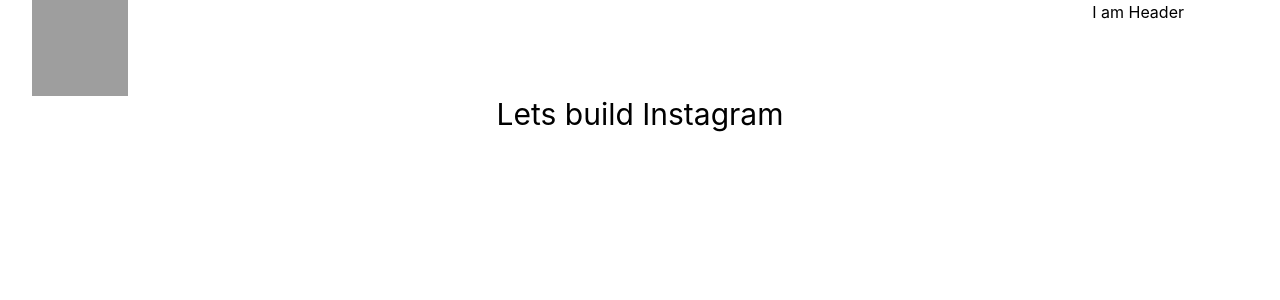
Repository: SehajBindra/insta--clone
Page: /
An editor plug-in stored every save of this project. The page is shown before and after the next save, followed by the edit.
The browser window is 1280 px wide. The pictures show the whole page.
Pictures or frames that could not be fetched are drawn as grey boxes. The project was rebuilt for these pictures with package versions that can differ from the ones it lists, and the page was loaded fresh each time. The framework's server and built-in components were replaced by stand-ins that run in the browser. Also part of the build but not shown: next.config.js.

Above is the page before, as saved 2022-04-11 01:07:57.

### pages/index.js
import Head from 'next/head'
import Image from 'next/image'
import Header from '../components/Header'
import styles from '../styles/Home.module.css'

export default function Home() {
  return (
    <div className={styles.container}>
      <Head>
        <title>Instagram</title>
        <meta name="description" content="Generated by create next app" />
        <link rel="icon" href="https://upload.wikimedia.org/wikipedia/commons/thumb/a/a5/Instagram_icon.png/600px-Instagram_icon.png" />

      </Head>
      <Header />
     <h1 className='text-3xl text-center' >Lets build Instagram</h1>
    </div>
  )
}

### components/Header.js
import React from 'react'
import Image from 'next/image';
function Header() {
  return (
    <div>
    <div className='flex justify-between max-w-6xl '>

    <div className='relative w-24 h-24'>
        <Image src= "https://links.papareact.com/ocw" layout="fill" />
    </div>

    <h1>I am Header</h1>
    </div>
    </div>
  )
}

export default Header

### tailwind.config.js
module.exports = {
  content: ["./pages/**/*.{js,ts,jsx,tsx}",
  "./components/**/*.{js,ts,jsx,tsx}",],
  theme: {
    extend: {},
  },
  plugins: [],
}

Loaded but not shown: pages/_app.js (common file); styles/globals.css (common file); styles/Home.module.css (common file)

After the next save:
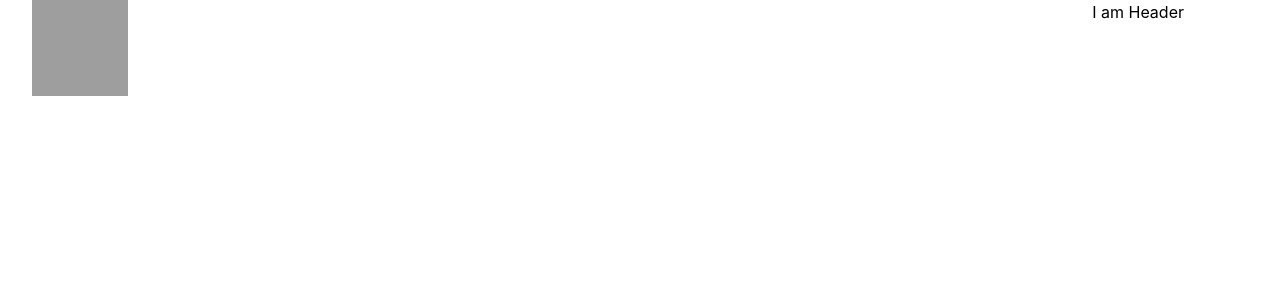
Saved 31 s later.
--- a/pages/index.js
+++ b/pages/index.js
@@ -13,7 +13,7 @@
 
       </Head>
       <Header />
-     <h1 className='text-3xl text-center' >Lets build Instagram</h1>
+
     </div>
   )
 }
